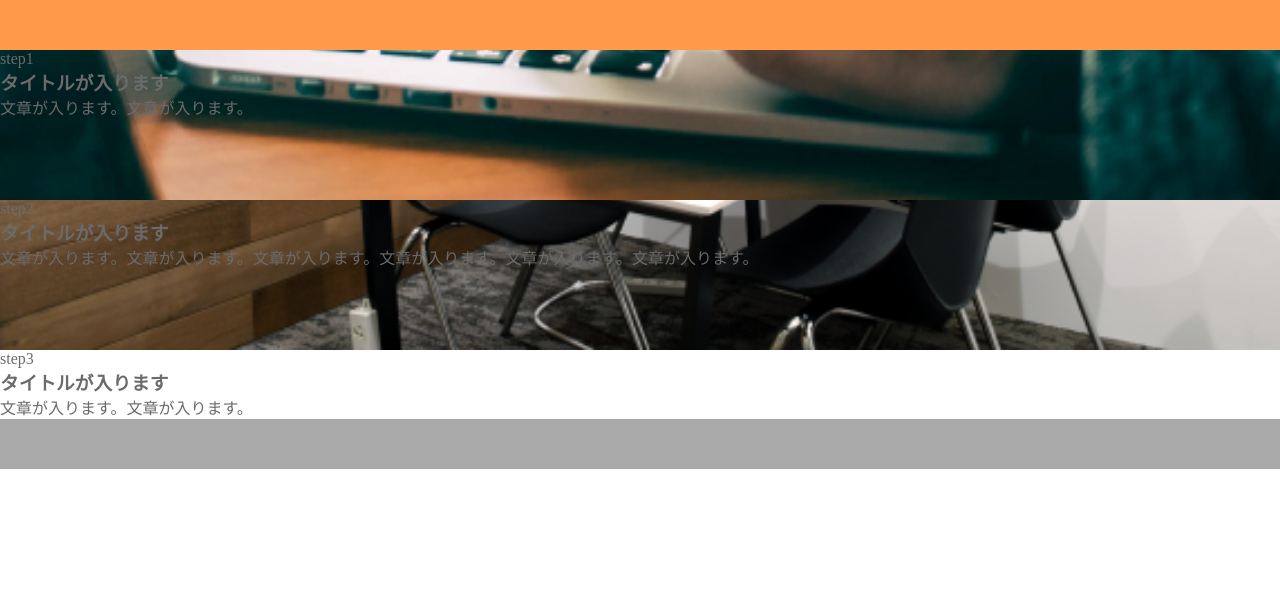
Repository: Yuki-Kawagoe/chapter4
Page: chapter9/index.html
The author's editor kept a record of every edit. The page is drawn from the files as they stood at one moment, then again after the next edit.
The browser window is 1280 px wide. The pictures show the whole page.

Above is the page before.

After the next edit:
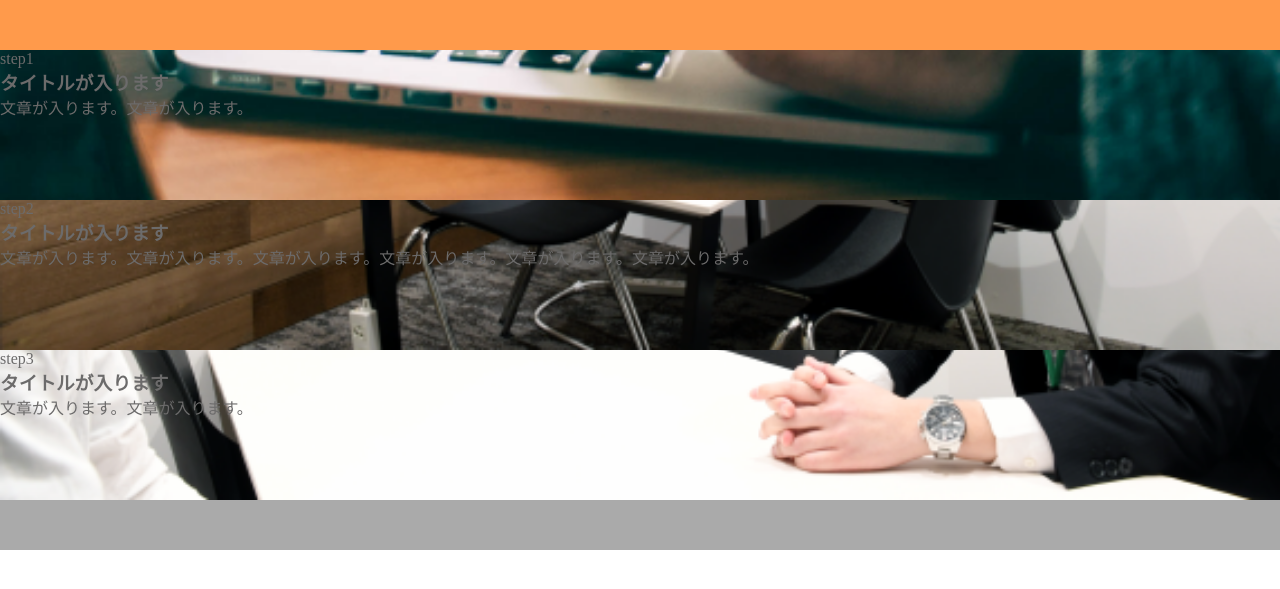
The edit:
--- a/chapter9/index.html
+++ b/chapter9/index.html
@@ -28,7 +28,7 @@
     </div>
 
     <div class="step-box3">
-      <div class="step-img">
+      <div class="step-img3">
        <span class="step-num">step3</span>
         <h3 class="box-title">タイトルが入ります</h3>
           <p class="box-text">文章が入ります。文章が入ります。</p>
